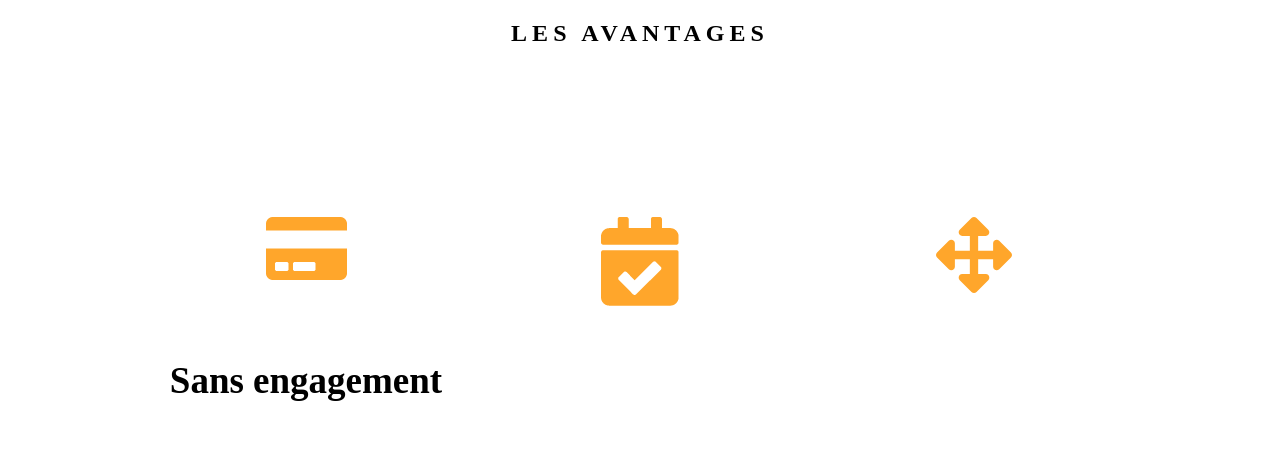
Repository: Mini-T/php-propre
Page: http://localhost/
The author's editor kept a copy of each file at every save. The page is drawn from the files as they stood at one save, then again after the next save.
The browser window is 1280 px wide. The pictures show the part of the page from y = 1080 to 1532 px (the page is 1532 px tall before and 1493 px after).
The page is run by PHP 8.4 with error messages shown; the project is at /var/www/html/.

Above is the page before, as saved 2021-03-25 13:51:55.

After the next save:
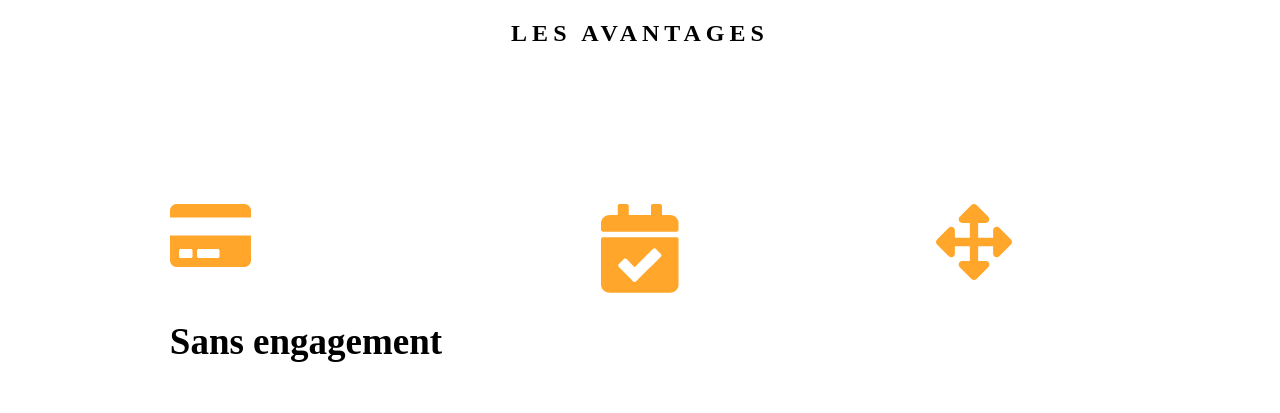
Saved 14 s later.
--- a/Partiel/index.php
+++ b/Partiel/index.php
@@ -39,15 +39,16 @@
             </div>
             <div id="second">
                 <div>
-                <img src="icone.png" alt="" id="cardm">
+                    <img src="icone.png" alt="" id="cardm">
+                    <h4 id="cardt">Sans engagement</h4>
                 </div>
                 <div>
-                <img src="Calendar.png" alt="">
+                    <img src="Calendar.png" alt="">
                 </div>
                 <div>
-                <img src="arrows.png" alt="">
+                    <img src="arrows.png" alt="">
                 </div>
-                <h4 id="cardt">Sans engagement</h4>
+
 
             </div>
 
